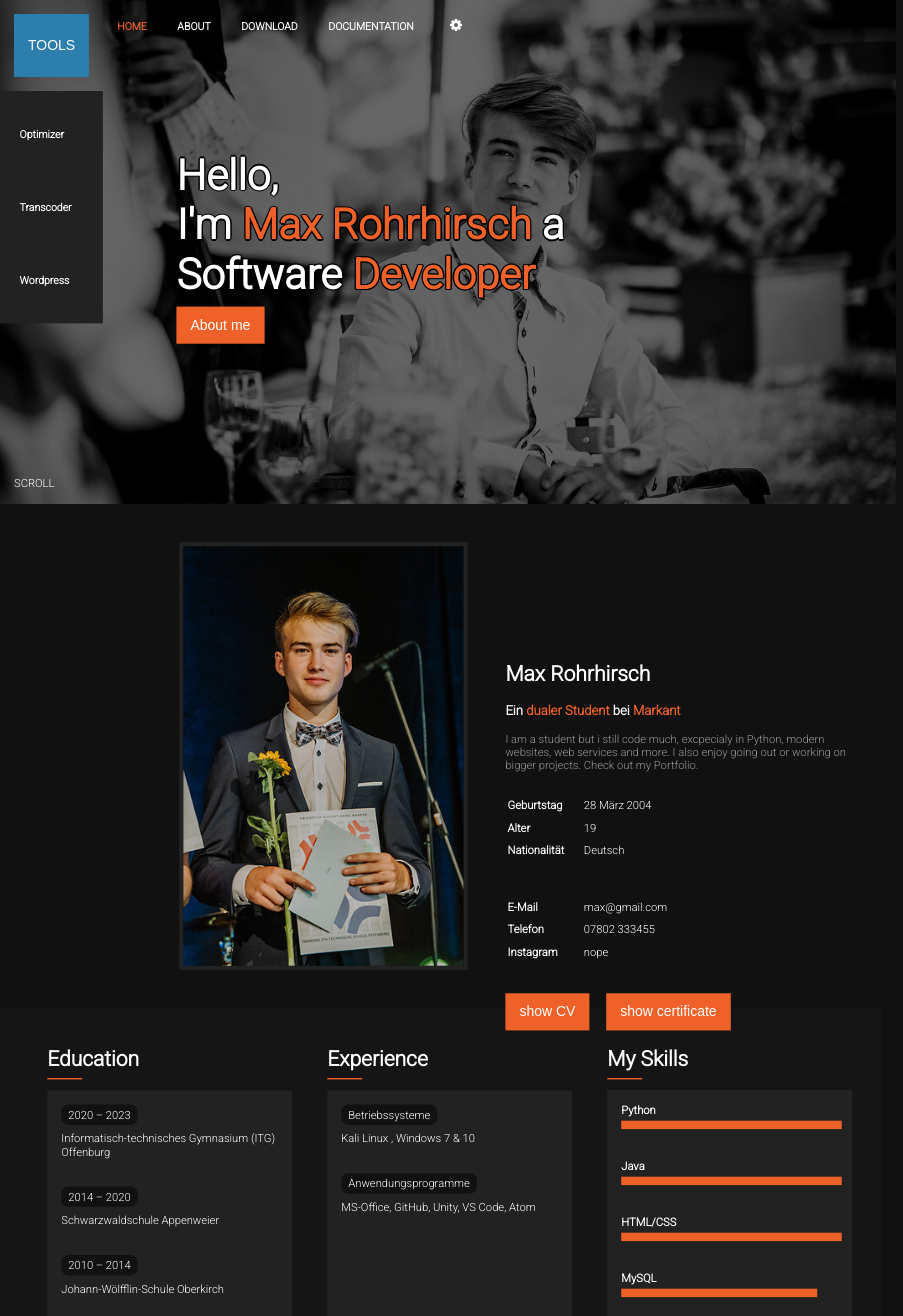
Repository: Max-Rohrhirsch/Max-Rohrhirsch.github.io
Page: index.html
An editor plug-in stored every save of this project. The page is shown before and after a run of saves, followed by the edit.
The browser window is 1280 px wide. The page is 1290 px wide, then 1280 px, so the pictures cover 1290 px, including what lies to the right of the window. The pictures show the part of the page from y = 0 to 1880 px (the page is 2903 px tall before and 720 px after), at 70% of full size.

Above is the page before, as saved 2023-10-15 22:12:07.

After the next 2 saves:
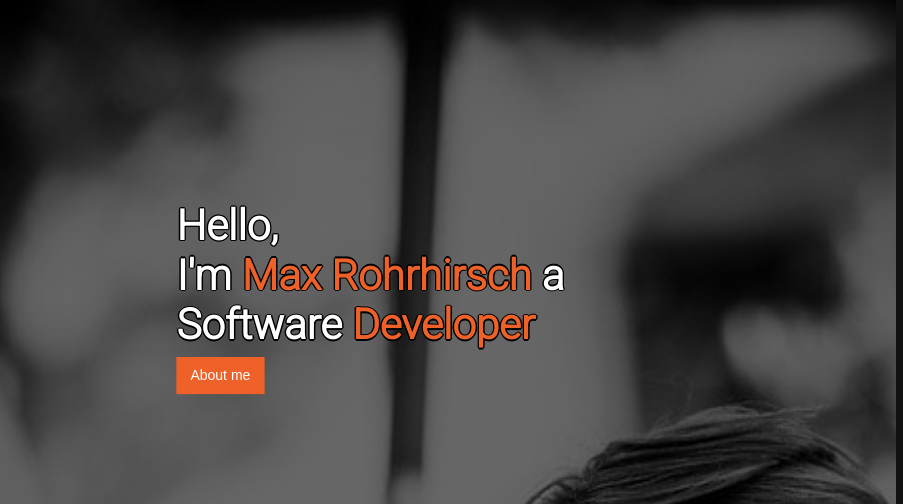
The 2 saves are shown as one change because they came seconds apart.
The last was saved 30 min 30 s later.
--- a/index.html
+++ b/index.html
@@ -30,7 +30,7 @@
                 <button class="text" onclick='document.querySelector(":root").style.setProperty("--main-special-color", "#194e94")'></button>
             </a>
 
-            <div class="dropdown" style="float:left;">
+            <!-- <div class="dropdown" style="float:left;">
                 <button class="dropbtn">TOOLS</button>
                 <div class="dropdown-content" style="left:0;">
                     <a href="/Tools/Optimiser/Optimiser.html">Optimizer</a>
@@ -39,6 +39,7 @@
                 </div>
             </div>
         </div>
+        -->
 
         <!-- ------ HOME ----- -->
         <div class="home block" id="home">
